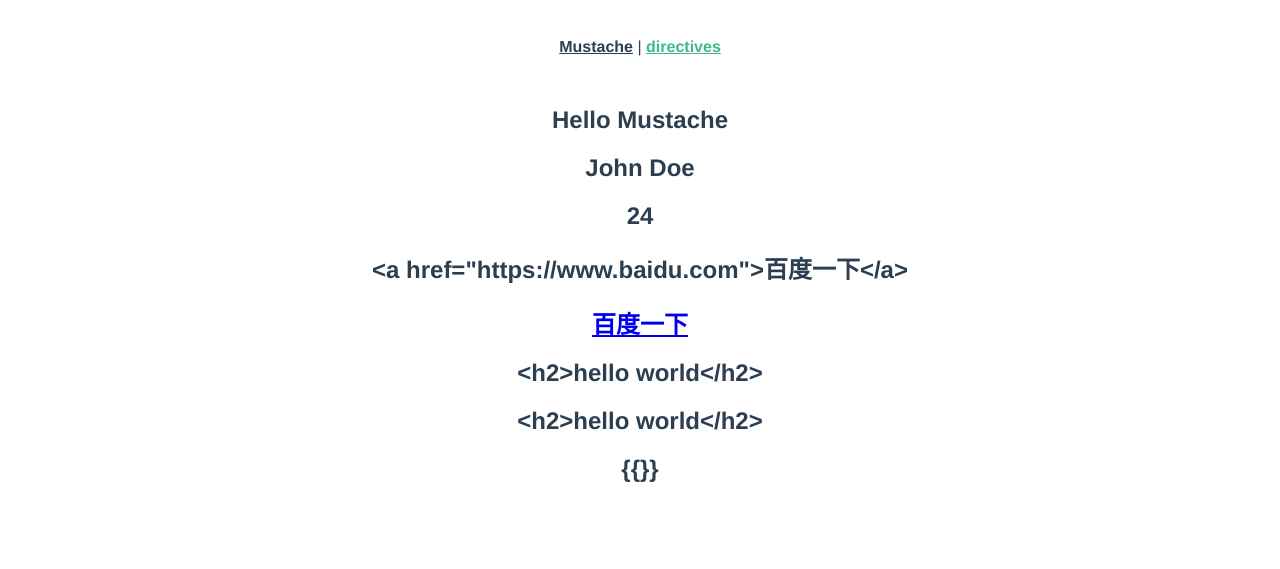
Repository: yeyanghui0616/my-vue2-learning
Page: /directives
These files come from the project's save history. The page is drawn as it stood at one moment and after a run of saves; the edit follows.
The browser window is 1280 px wide. The pictures show the whole page.
The project was rebuilt for these pictures with package versions that can differ from the ones it lists, and the page was loaded fresh each time. Also part of the build but not shown: src/views/Mustache.vue.

Above is the page before, as saved 2023-08-30 21:21:18.

After the next 4 saves:
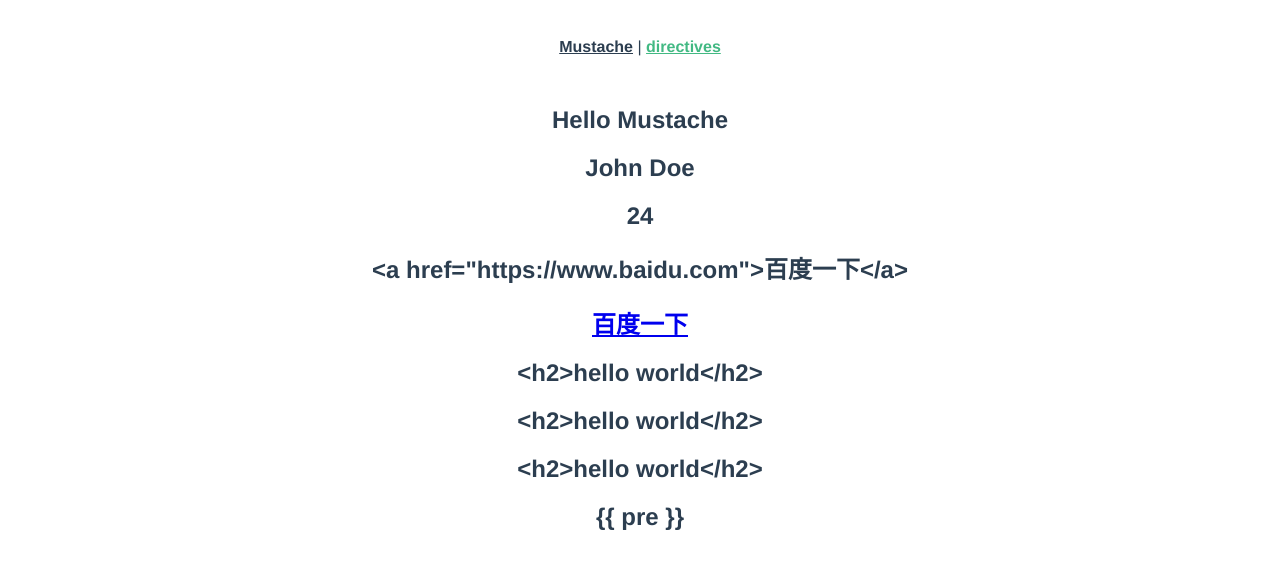
The 4 saves are shown as one change because they came seconds apart.
The last was saved 16 s later.
--- a/src/views/directives.vue
+++ b/src/views/directives.vue
@@ -12,7 +12,7 @@
 		<h2 v-text="message"></h2>
 		<!-- TODO v-pre -->
 		<h2>{{ pre }}</h2>
-		<h2 v-pre="pre"></h2>
+		<h2 v-pre>{{ pre }}</h2>
 	</div>
 </template>
 
@@ -26,7 +26,7 @@ export default {
 			counter: 12,
 			link: '<a href="https://www.baidu.com">百度一下</a>',
 			message: "<h2>hello world</h2>",
-      pre: "{{}}"
+			pre: "<h2>hello world</h2>",
 		};
 	},
 
